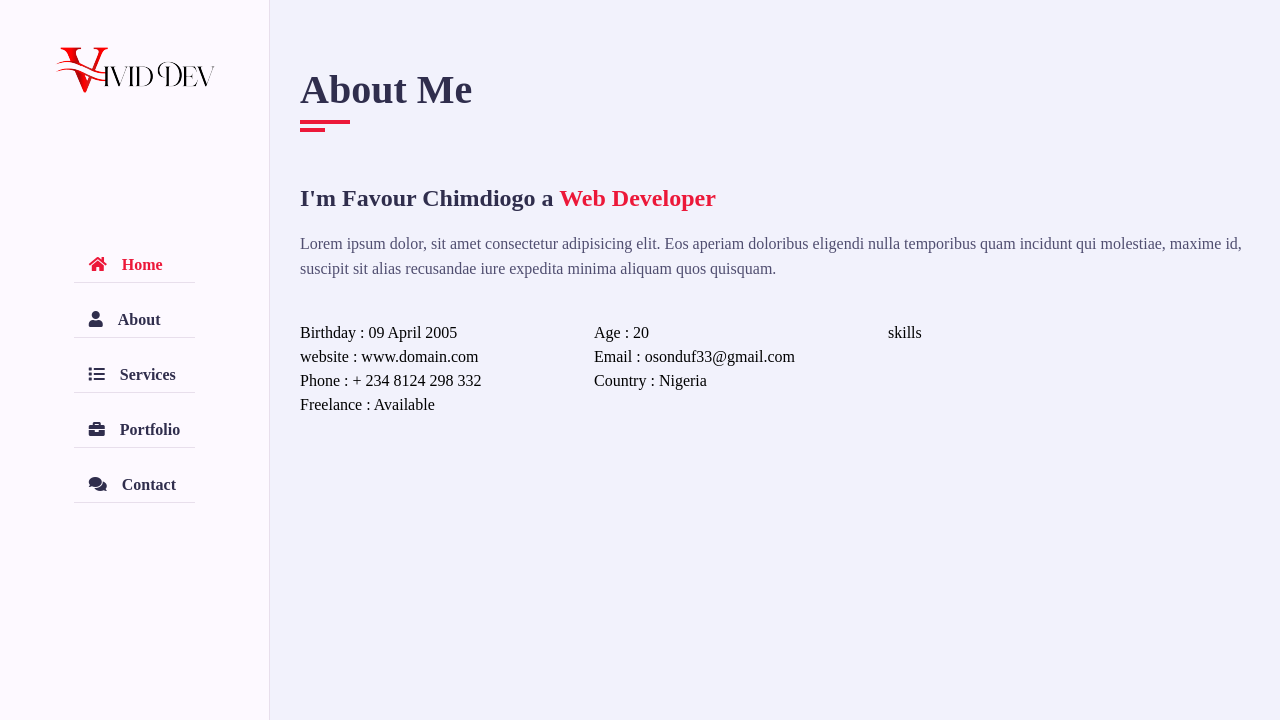
Repository: Big-Fave1/vivid-dev-portfolio
Page: build/index.html
The author's editor kept a copy of each file at every save. The page is drawn from the files as they stood at one save, then again after the next save.
The browser window is 1280 px wide. The pictures show the whole page.
Some web fonts or font styles are not loaded; a fallback is used.

Above is the page before, as saved 2025-05-30 13:47:27.

After the next save:
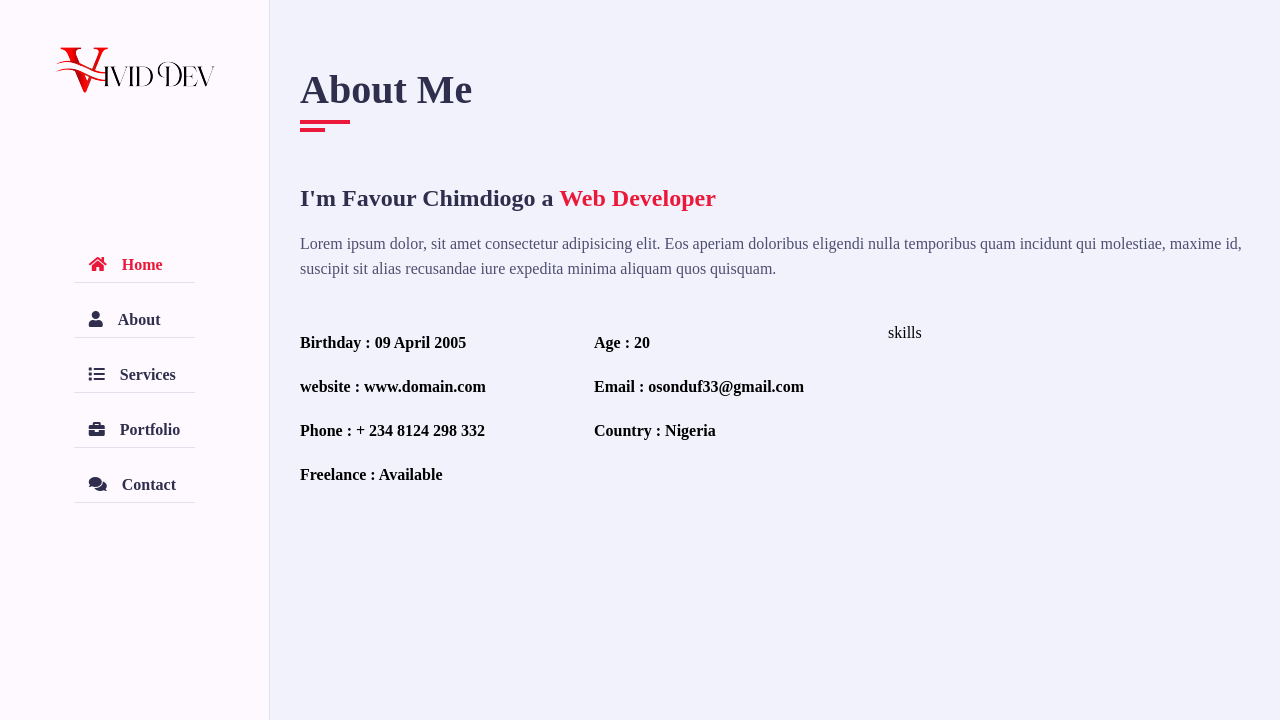
Saved 117 s later.
--- a/build/css/style.css
+++ b/build/css/style.css
@@ -336,6 +336,13 @@ h3.my-profession
     max-width: 60%;
     margin-top: 40px;
 }
+.about .about-content .personal-info .info-item p
+{
+    font-weight: 600;
+    padding: 10px 0;
+    font-size: 16px;
+
+}
 .about .about-content .personal-info .info-item
 {
     flex: 0 0 50%;
